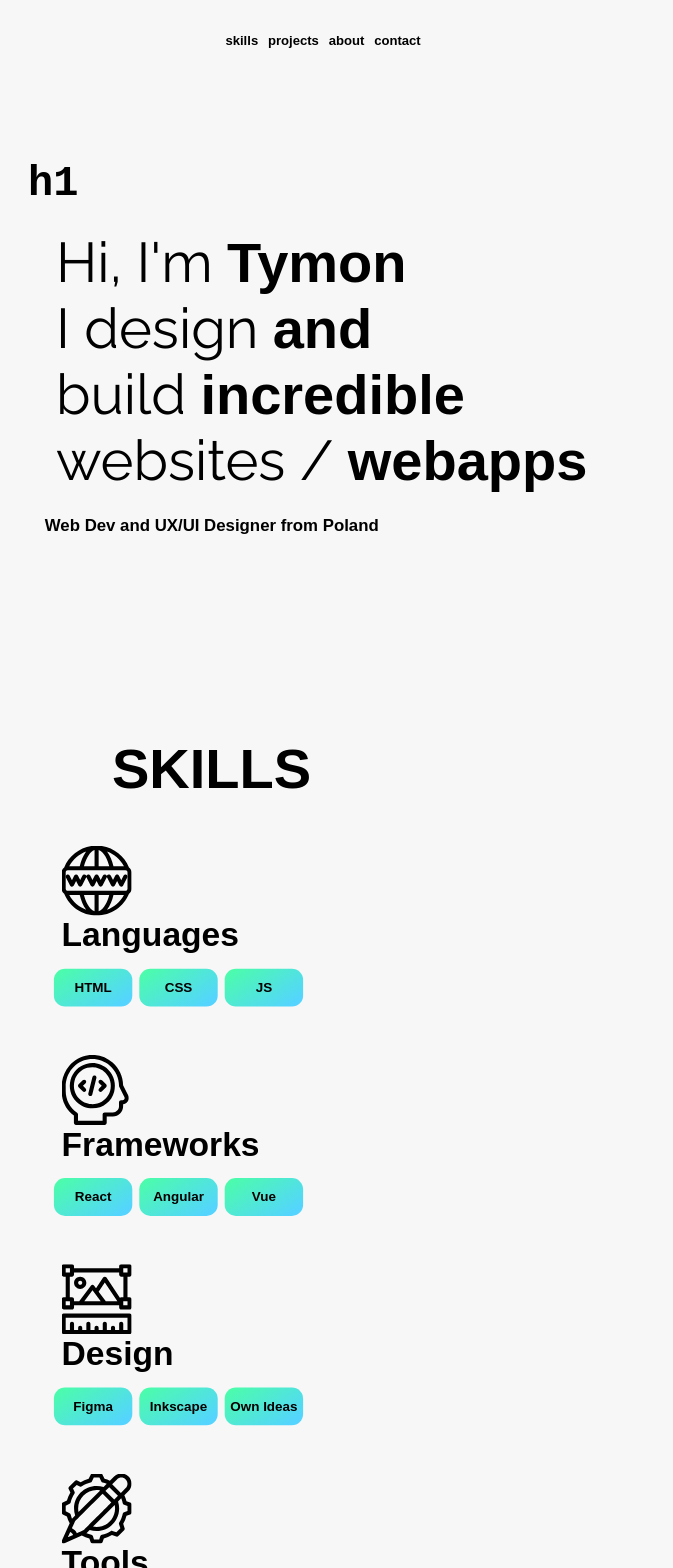
Repository: TeeJaysDev/Portfolio
Page: index.html
These files come from the project's save history. The page is drawn as it stood at one moment and after the next save; the edit follows.
The browser window is 600 px wide. The page is 961 px wide, so the pictures cover 961 px, including what lies to the right of the window. The pictures show the part of the page from y = 0 to 2240 px (the page is 3585 px tall before and 3596 px after), at 70% of full size.

Above is the page before, as saved 2021-04-25 13:28:03.

### index.html
<!DOCTYPE html>
<html lang="en">
<head>
    <meta charset="UTF-8">
    <meta http-equiv="X-UA-Compatible" content="IE=edge">
    <meta name="viewport" content="width=device-width, initial-scale=1.0">
    <script type="text/javascript" src="script.js"></script>
    <link rel="stylesheet" href="style.css">
    <link href="https://fonts.googleapis.com/css2?family=Raleway&display=swap" rel="stylesheet">
    <link href="https://fonts.googleapis.com/css2?family=Quicksand:wght@700&display=swap" rel="stylesheet">
    <title>Tymon Jędryczka | Portfolio</title>
</head>
<body>
    <nav>
        <a href="#skills"><h3>skills</h3></a>
        <a href="#projects"><h3>projects</h3></a>
        <a href="#about"><h3>about</h3></a>
        <a href="#contact"><h3>contact</h3></a>
    </nav>
    <header>
        <h2 class="welcome_part_h1">h1</h2>
        <h1 class="welcome_part">
            Hi, I'm <strong>Tymon</strong><br>
            I design <strong>and</strong><br>
            build <strong>incredible</strong><br>
            websites / <strong>webapps</strong>
        </h1>
        <h2 class="welcome_part_h2">
            Web Dev and UX/UI Designer from Poland
        </h2>
    </header>
    <main>
        <h1>
            SKILLS
        </h1>
        <section id="skills">
                <div class="languages">
                    <div class="box">
                        <div class="imageh2">
                            <img src="Images/svg/languages.svg">
                            <h2>Languages</h2>
                        </div>
                        <div class="text">
                            <li>HTML</li>
                            <li>CSS</li>
                            <li>JS</li>
                        </div>
                    </div>
                </div>
                <div class="frameworks">
                    <div class="box">
                        <div class="imageh2">
                            <img src="Images/svg/frameworks.svg">
                            <h2>Frameworks</h2>
                        </div>
                        <div class="text">
                            <li>React</li>
                            <li>Angular</li>
                            <li>Vue</li>
                        </div>
                    </div>
                </div>
                <div class="design">
                    <div class="box">
                        <div class="imageh2">
                            <img src="Images/svg/design.svg">
                            <h2>Design</h2>
                        </div>
                        <div class="text">
                            <li>Figma</li>
                            <li>Inkscape</li>
                            <li>Own Ideas</li>
                        </div>
                    </div>
                </div>
                <div class="tools">
                    <div class="box">
                        <div class="imageh2">
                            <img src="Images/svg/tools.svg">
                            <h2>Tools</h2>
                        </div>
                        <div class="text">
                            <li>VS Code</li>
                            <li>Git</li>
                            <li>Yarn</li>
                        </div>
                    </div>
                </div>
        </section>
        <section id="projects">
            <h1>
                PROJECTS
            </h1>
        </section>
        <section id="about">
            <h1>
                ABOUT
            </h1>
            <h2>
                Who am I?
            </h2>
            <p>
                My name is Tymon 'TeeJay' Jędryczka. I come from Leszno in Poland and programming is either my work and hobby.
                <br><br>
                My first contact with Web- and Front-End Development was in the last class of Primary School. In IT classes we had to make a simple website (text, photos, table - nothing special). And I loved it. I started thinking of becoming a full-time web dev.
                <!-- <br><br> I am also a self-taught dev and with CodeCademy and YouTube I get knowledge of HTML5, CSS3, JS, and its frameworks (React, Angular, Vue). I call myself a 2-in-1 developer 'cause I design things (usually in Figma) and then make them real by writing some code. -->
                <br><br>
                So if you are looking for somebody to hire who is punctual, reliable, has a great deal of knowledge and even though, still want to learn new, useful technologies, my answer is "HERE I AM".
            </p>
        </section>
        <section id="contact">
            <h1>
                CONTACT
            </h1>
        </section>
    </main>
    <footer>
        <h4>2021 &copy; Tymon 'TeeJay' Jędryczka</h4>
        <li><a href="https://facebook.com/tymonjedr/" target="_blank"><img src="Images/svg/facebook.svg" alt="Facebook LOGO"></a></li>
        <li><a href="https://linkedin.com/in/tymon-jedryczka/" target="_blank"><img src="Images/svg/linkedin.svg" alt="LinkedIn LOGO"></a></li>
        <li><a href="https://github.com/TeeJaysDev" target="_blank"><img src="Images/svg/github.svg" alt="GitHub LOGO"></a></li>
        <li><a href="https://stackoverflow.com/users/15029595/teejaysdev" target="_blank"><img src="Images/svg/stack.svg" alt="Stack LOGO"></a></li>
        <li><a href="https://codecademy.com/profiles/TeeJaysDev" target=”_blank”><img src="Images/svg/codecademy.svg" alt="CodeCademy LOGO"></a></li>
    </footer>
</body>
</html>

### style.css
* {
    margin: 0;
    padding: 0;
    font-family: sans-serif;
    text-decoration: none;
}

body {
    background-color: #F7F7F7;
}

nav {
    display: flex;
    justify-content: flex-end;
    margin-right: 0rem;
    margin-top: 0rem;
}

nav a {
    color: #000000;
    padding: 0.938rem;
    margin-top: 2rem;
    margin-right: 3.125rem;
    font-size: 1.563rem;
}

.welcome_part_h1 {
    font-family: monospace;
    font-size: 3.75rem;
    margin-top: 9rem;
    margin-left: 2.5rem;
    margin-bottom: 0rem;
}

.welcome_part {
    margin-top: 2rem;
    margin-left: 5rem;
    margin-bottom: 2rem;
    font-family: Raleway;
    font-weight: lighter;
    font-size: 5rem;
    min-width: 18ch;
}

.welcome_part_h2 {
    margin-bottom: 18rem;
    margin-left: 4rem;
}

.box .imageh2 {

    justify-items: center;
}

#skills {
    display: grid;
    align-items: flex-end;
    grid-template-columns: repeat(auto-fit, 400px);
    margin-left: 4.5rem;
}

h1 {
    font-size: 5rem;
    margin-left: 10rem;
}

.imageh2 {
    display: flex;
    flex-wrap: wrap;
    align-items: flex-start;
    margin: 4rem 20rem 1rem 1rem;
    font-size: 2rem;
}

.text {
    display: flex;
    flex-wrap: wrap;
}

.text li {
    list-style: none;
    margin: 1rem;
    color: #000000;
    font-weight: bold;
    font-size: 1.2rem;
    text-align: center;
    align-items: center;
    border-radius: 1rem;
    margin: 0.3125rem 0.3125rem;
    width: 7rem;
    background-image: linear-gradient(147deg,#4bffa5,#54d4ff 90%);
    padding-top: 1rem;
    padding-bottom: 1rem;
}

#about p {
    font-size: 1.25rem;
    max-width: 60ch;
    margin-left: 8rem;
    margin-bottom: 5rem;
    margin-top: 2rem;
}

#about h2 {
    margin-left: 5rem;
    margin-top: 3rem;
}

footer, footer h4 {
    color: #C5C4C6;
    background-color: #232429;
    font-family: Arial, Helvetica, sans-serif;
    font-size: 0.938rem;
    font-weight: lighter;
    text-align: center;
    z-index: -1;
    padding-top: 1.875rem;
    padding-bottom: 3.125rem;
}

footer li{
    margin: 0 1.25;
    display: inline;
}

body .error {
    text-align: center;
}

.error p {
    font-family: Quicksand;
    font-weight: 700;
    color: #000000;
    font-size: 20rem;
    margin-top: 5rem;
}

.error button a {
    text-decoration: none;
    text-align: center;
    color: #000000;
    font-size: 2rem;
    padding: 3rem;
}

.error .mainError {
    display: flex;
    text-align: center;
    margin-left: 40rem;
    margin-right: auto;
}

.error img {
    width: 250px;
}

.error button {
    margin-top: 10rem;
}
/* Smartphone (portrait) --- */

@media only screen
and (min-width: 320px)
and (max-width: 767px) {

    nav a {
        padding: 0.938rem;
        margin-top: 2rem;
        margin-right: -1rem;
        font-size: 1rem;
    }

     main .welcome_part_h1 {
        font-family: monospace;
        font-size: 2.5rem;
        margin-top: 9rem;
        margin-left: 1rem;
    }

    main .welcome_part {
        margin-top: 1rem;
        margin-left: 2rem;
        margin-bottom: 2rem;
        font-size: 1.63rem;
        min-width: 18ch;
    }

    main .welcome_part_h2 {
        margin-bottom: 10rem;
        margin-left: 2rem;
        font-size: 1rem;
    }

    section h1 {
        font-size: 3rem;
        margin-bottom: 1.563rem;
    }

    #about p {
        font-size: 1.25rem;
        max-width: 22ch;
        margin-left: 2rem;
        margin-bottom: 5rem;
    }

    #about h2 {
        margin-left: 2rem;
        margin-top: 5rem;
    }

    footer, footer h4 {
        padding-top: 1.875rem;
        padding-bottom: 3.125rem;
        width: 100%;
    }

    footer li{
        margin: 0 1.25;
        display: inline;
    }
}



@media only screen
and (min-width: 768px)
and (max-width: 1024px)
and (orientation: portrait) {

    * {
        margin: 0;
        padding: 0;
        font-family: sans-serif;
        text-decoration: none;
    }

    body {
        background-color: #F7F7F7;
    }

    nav {
        display: flex;
        justify-content: flex-end;
        margin-right: 0rem;
        margin-top: 0rem;
    }

    nav a {
        color: #000000;
        padding: 0.938rem;
        margin-top: 2rem;
        margin-right: 3.125rem;
        font-size: 1.563rem;
    }

     main .welcome_part_h1 {
        font-family: monospace;
        font-size: 3.75rem;
        margin-top: 13rem;
        margin-left: 2.5rem;
        margin-bottom: 0rem;
    }

    main .welcome_part {
        margin-top: 2rem;
        margin-left: 5rem;
        margin-bottom: 2rem;
        font-family: Raleway;
        font-weight: lighter;
        font-size: 3.9rem;
        min-width: 18ch;
    }

    main .welcome_part_h2 {
        margin-bottom: 20rem;
        margin-left: 4rem;
    }

    #about p {
        font-size: 1.25rem;
        max-width: 45ch;
        margin-left: 8rem;
        margin-bottom: 5rem;
    }

    #about h2 {
        margin-left: 5rem;
        margin-top: 5rem;
    }

    #projects h1 {
        width: 15%;
        margin-top: 3rem;
    }

    #about h1 {
        width: 15%;
    }

    #contact h1 {
        width: 17%;
    }

    footer, footer h4 {
        color: #C5C4C6;
        background-color: #232429;
        font-family: Arial, Helvetica, sans-serif;
        font-size: 0.938rem;
        font-weight: lighter;
        text-align: center;
        z-index: -1;
        width: 100%;
        padding-top: 1.875rem;
        padding-bottom: 3.125rem;
    }

    body .error {
        text-align: center;
    }

    .error p {
        font-family: Quicksand;
        font-weight: 700;
        color: #000000;
        font-size: 20rem;
        margin-top: 5rem;
    }

    .error button a {
        text-decoration: none;
        text-align: center;
        color: #000000;
        font-size: 2rem;
        padding: 3rem;
    }

    .error .mainError {
        display: flex;
        text-align: center;
        margin-left: 40rem;
        margin-right: auto;
    }

    .error img {
        width: 250px;
    }

    .error button {
        margin-top: 10rem;
    }
}

@media only screen
and (min-width: 953)
and (max-width: 1230) {
     p {
        margin-left: 1rem;
    }
}

@media only screen
and (min-width: 550px)
and (max-width: 700px) {
    main .welcome_part_h1 {
        font-family: monospace;
        font-size: 3.75rem;
        margin-top: 13rem;
        margin-left: 2.5rem;
        margin-bottom: 0rem;
    }

    main .welcome_part {
        margin-top: 2rem;
        margin-left: 5rem;
        margin-bottom: 2rem;
        font-size: 2.6rem;
    }

    main .welcome_part_h2 {
        margin-bottom: 20rem;
        margin-left: 4rem;
    }
}

@media only screen
and (min-width: 1920px) {
    main .welcome_part_h1 {
        font-family: monospace;
        font-size: 3.75rem;
        margin-top: 13rem;
        margin-left: 2.5rem;
        margin-bottom: 0rem;
    }

    main .welcome_part {
        margin-top: 2rem;
        margin-left: 5rem;
        margin-bottom: 2rem;
        font-size: 5rem;
    }

    main .welcome_part_h2 {
        margin-bottom: 20rem;
        margin-left: 4rem;
        font-size: 2.5rem;
    }
}

@media only screen
and (max-width: 950) {

}

Loaded but not shown: script.js (no stored copy; drawn as an empty file)

After the next save:
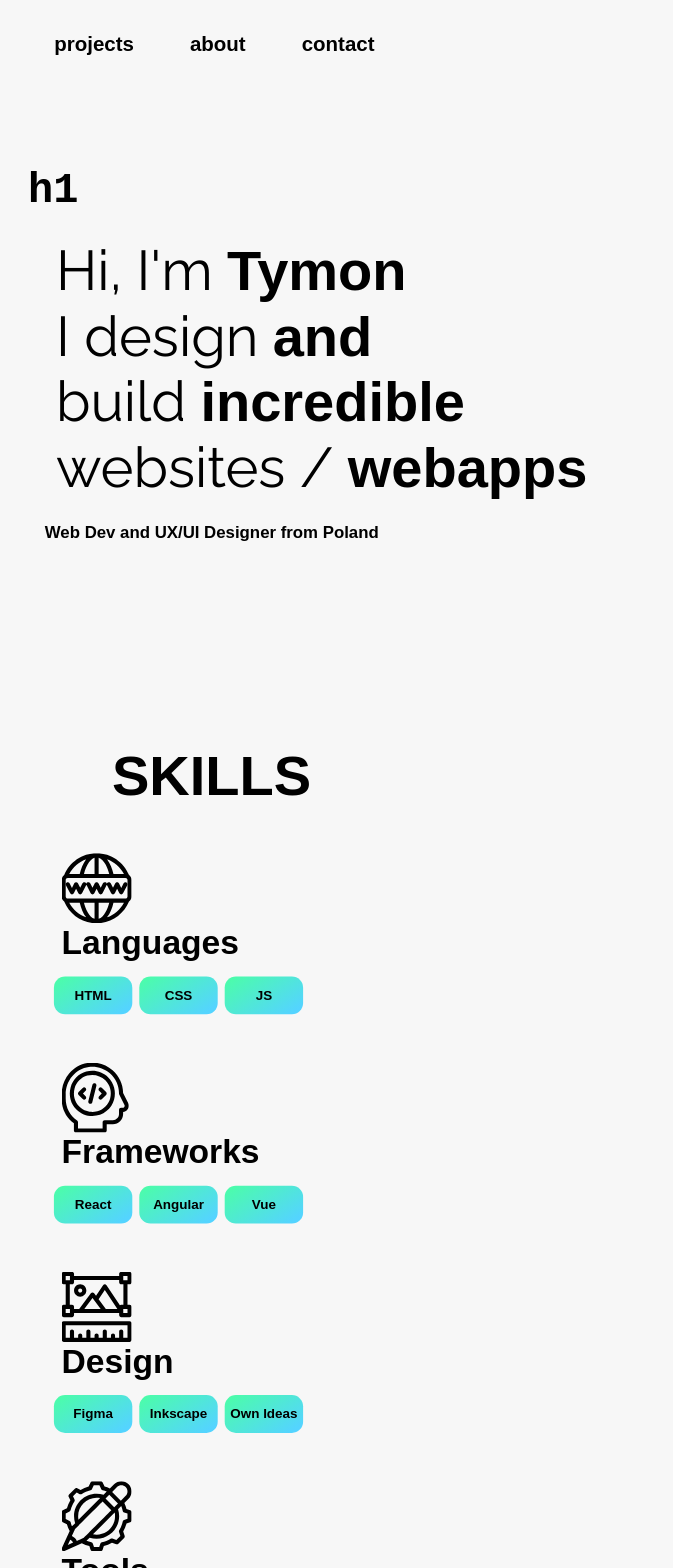
Saved 6 s later.
--- a/style.css
+++ b/style.css
@@ -163,12 +163,6 @@
 and (min-width: 320px)
 and (max-width: 767px) {
 
-    nav a {
-        padding: 0.938rem;
-        margin-top: 2rem;
-        margin-right: -1rem;
-        font-size: 1rem;
-    }
 
      main .welcome_part_h1 {
         font-family: monospace;

After the save that followed:
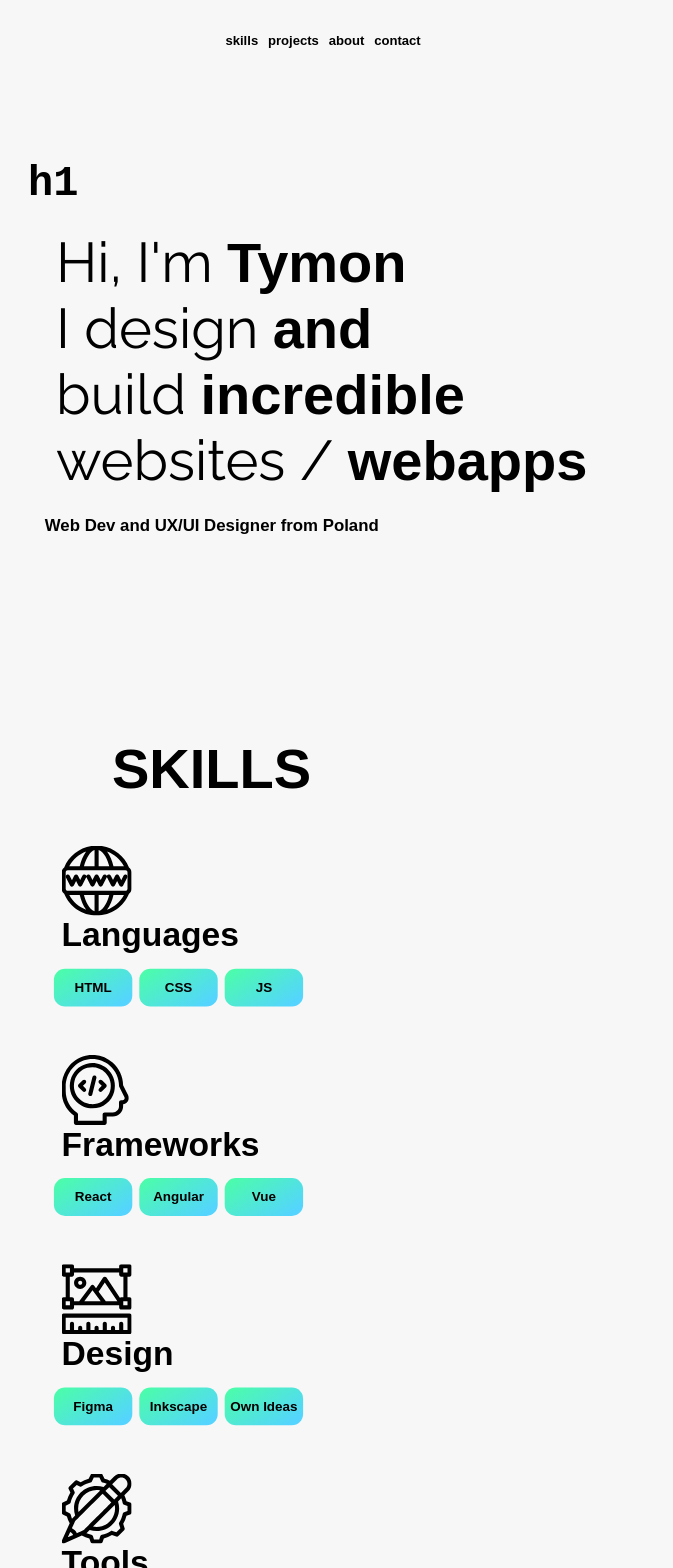
Saved 5 s later.
--- a/style.css
+++ b/style.css
@@ -163,6 +163,12 @@
 and (min-width: 320px)
 and (max-width: 767px) {
 
+    nav a {
+        padding: 0.938rem;
+        margin-top: 2rem;
+        margin-right: -1rem;
+        font-size: 1rem;
+    }
 
      main .welcome_part_h1 {
         font-family: monospace;
